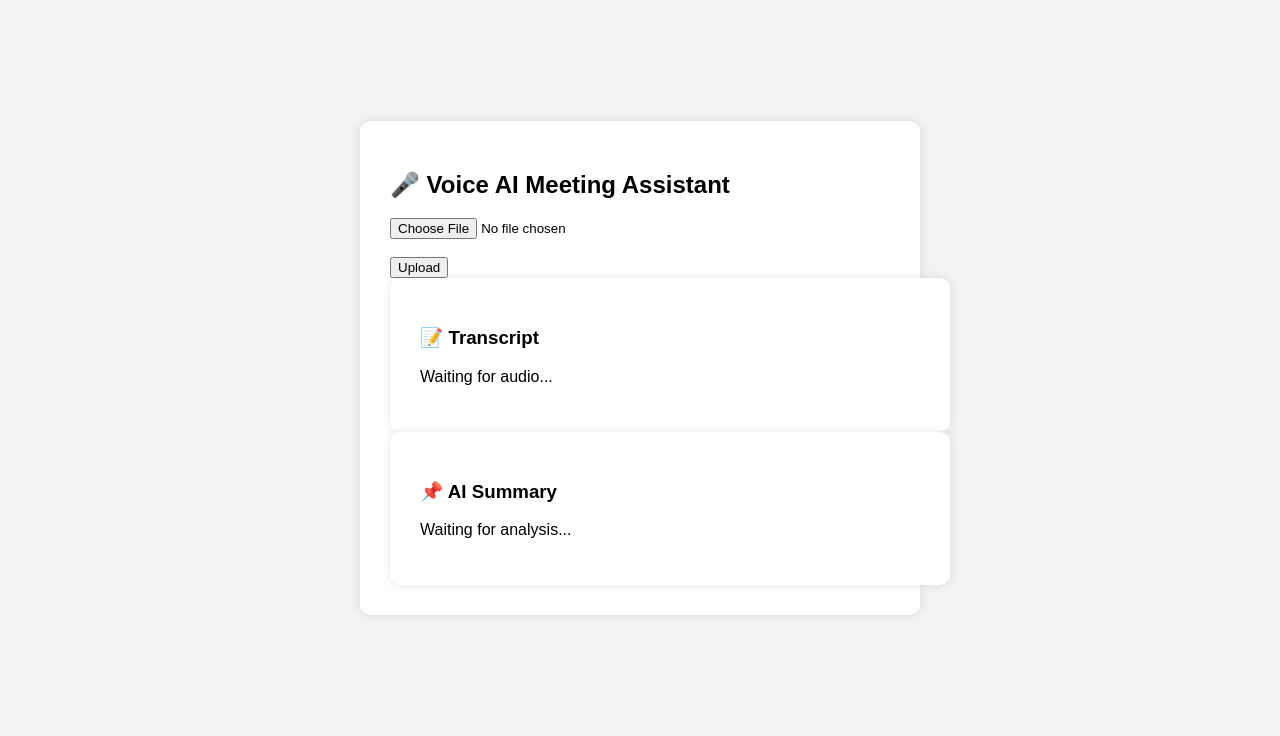
Repository: MujtabaHabib/Voice-AI-Meeting-Assistant
Page: index.html
These files come from the project's save history. The page is drawn as it stood at one moment and after a run of saves; the edit follows.
The browser window is 1280 px wide. The pictures show the whole page.

Above is the page before, as saved 2026-02-01 22:05:06.

### index.html
<!DOCTYPE html>
<html lang="en">
<head>
    <meta charset="UTF-8">
    <meta name="viewport" content="width=device-width, initial-scale=1.0">
    <link rel="stylesheet" href="style.css">
    <title>Voice AI Agent</title>
</head>
<body>
    <div>
    <h2>🎤 Voice AI Meeting Assistant</h2>

    <input type="file" name="file" id="audioFile">
    <br><br>
    <button onclick="send()">Upload</button>

    <div class="box">
        <h3>📝 Transcript</h3>
        <p id="transcript">Waiting for audio...</p>
    </div>

    <div class="box">
        <h3>📌 AI Summary</h3>
        <p id="summary">Waiting for analysis...</p>
    </div>
</div>
<script>
    async function send() {
        const file = document.getElementById("audioFile").files[0]
        const form = new FormData()
        form.append("file",file)

        document.getElementById("transcript").innerText = "processing..."
        document.getElementById("summary").innerText = "AI is thinking.."

    const res = await fetch("http://127.0.0.1:8000/voice-agent",{
        method : "POST",
        body : form
    })

    const data = await res.json()

    document.getElementById("transcript").innerText = data.transcript
    document.getElementById("summary").innerText = data.summary
}
</script>
</body>
</html>

### style.css
body{
    font-family:Arial,sans-serif;
    height: 100vh;
    background-color: #f2f2f2;
    display: flex;
    align-items: center;
    justify-content: center;
}

div{
    background-color: white;
    padding: 30px;
    width: 500px;
    border-radius: 10px;
    border: none;
    box-shadow: 0 0 10px rgba(0,0,0,0.1);
    box

}

After the next 3 saves:
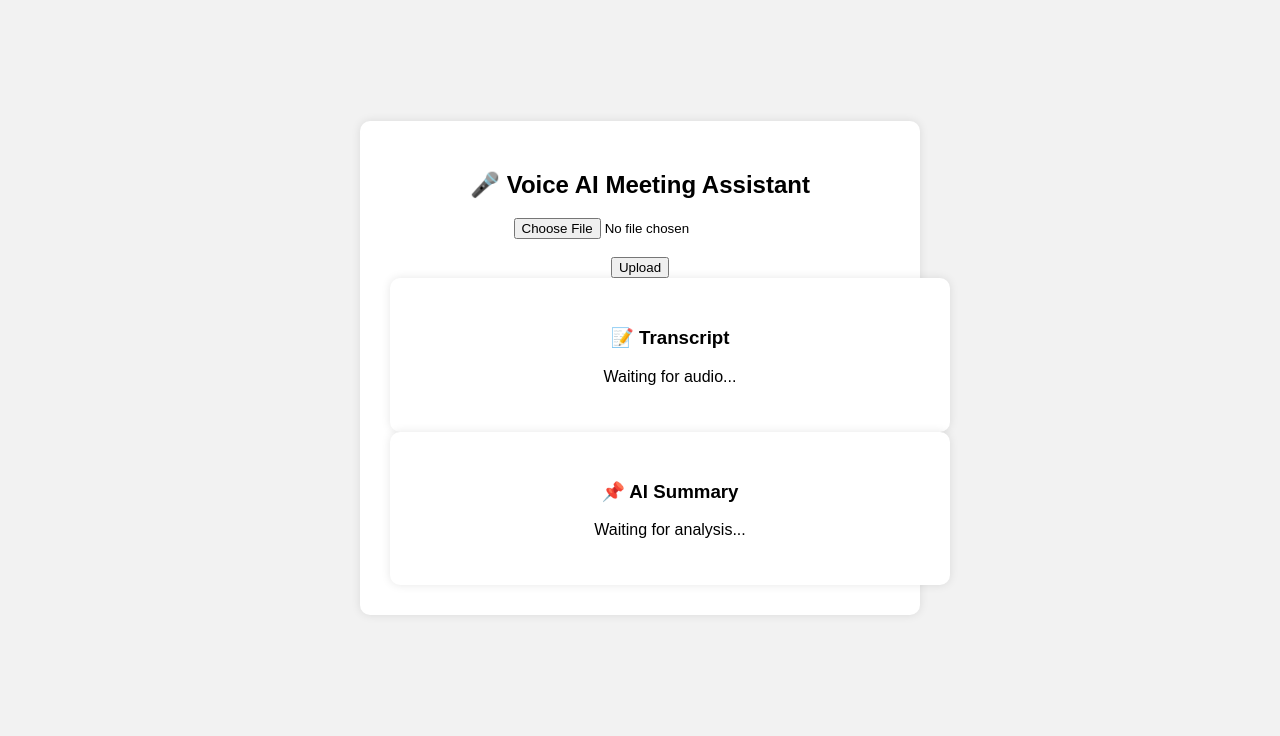
The 3 saves are shown as one change because they came seconds apart.
The last was saved 8 s later.
--- a/style.css
+++ b/style.css
@@ -14,6 +14,6 @@ div{
     border-radius: 10px;
     border: none;
     box-shadow: 0 0 10px rgba(0,0,0,0.1);
-    box
+    text-align: center;
 
 }
